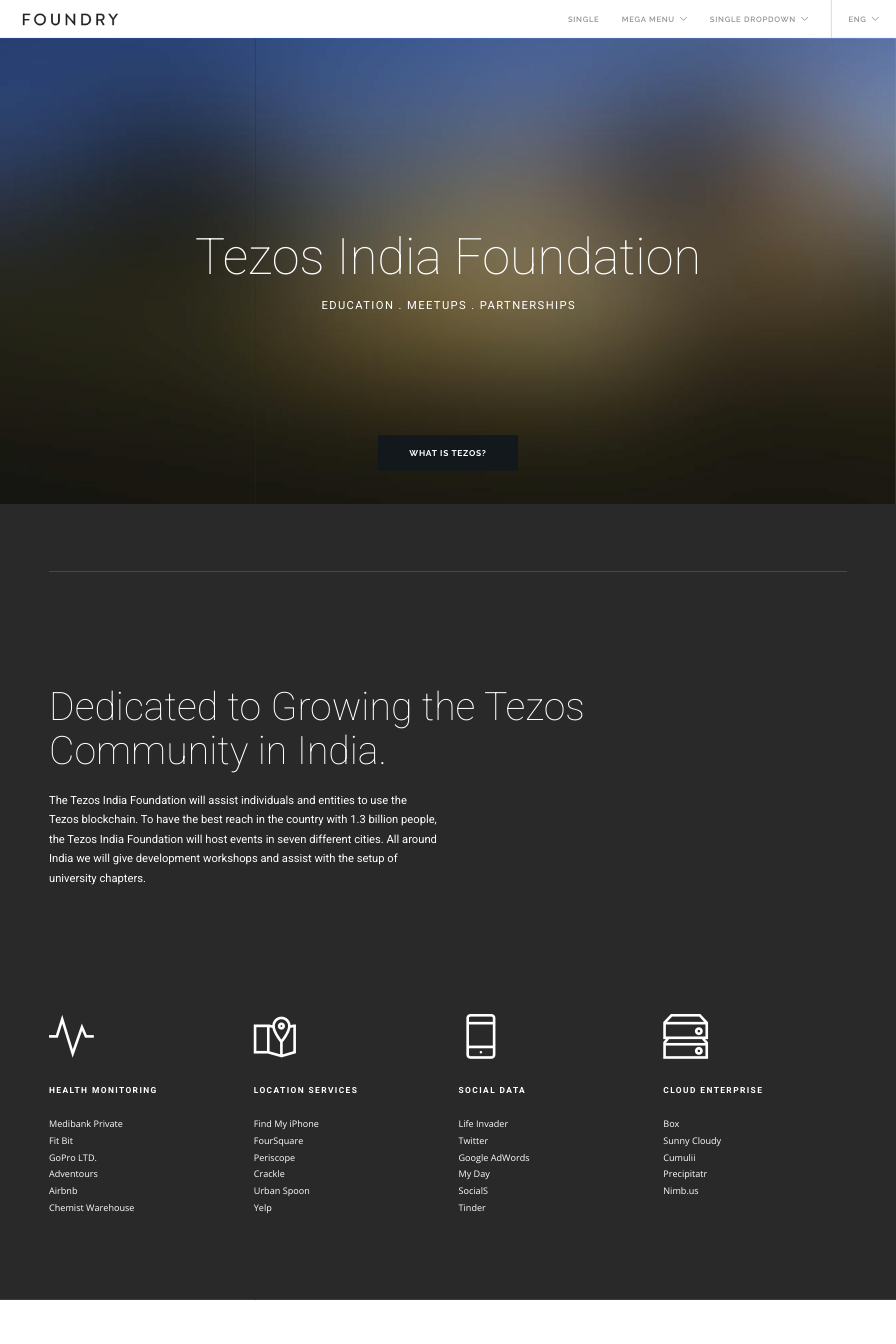
Repository: Tezos-India-Foundation/TIF-Website
Page: Tezos India Website/page.html
The author's editor kept a copy of each file at every save. The page is drawn from the files as they stood at one save, then again after the next save.
The browser window is 1280 px wide. The pictures show the part of the page from y = 0 to 1920 px (the page is 4630 px tall), at 70% of full size.

Above is the page before, as saved 2019-08-06 15:01:45.

After the next save:
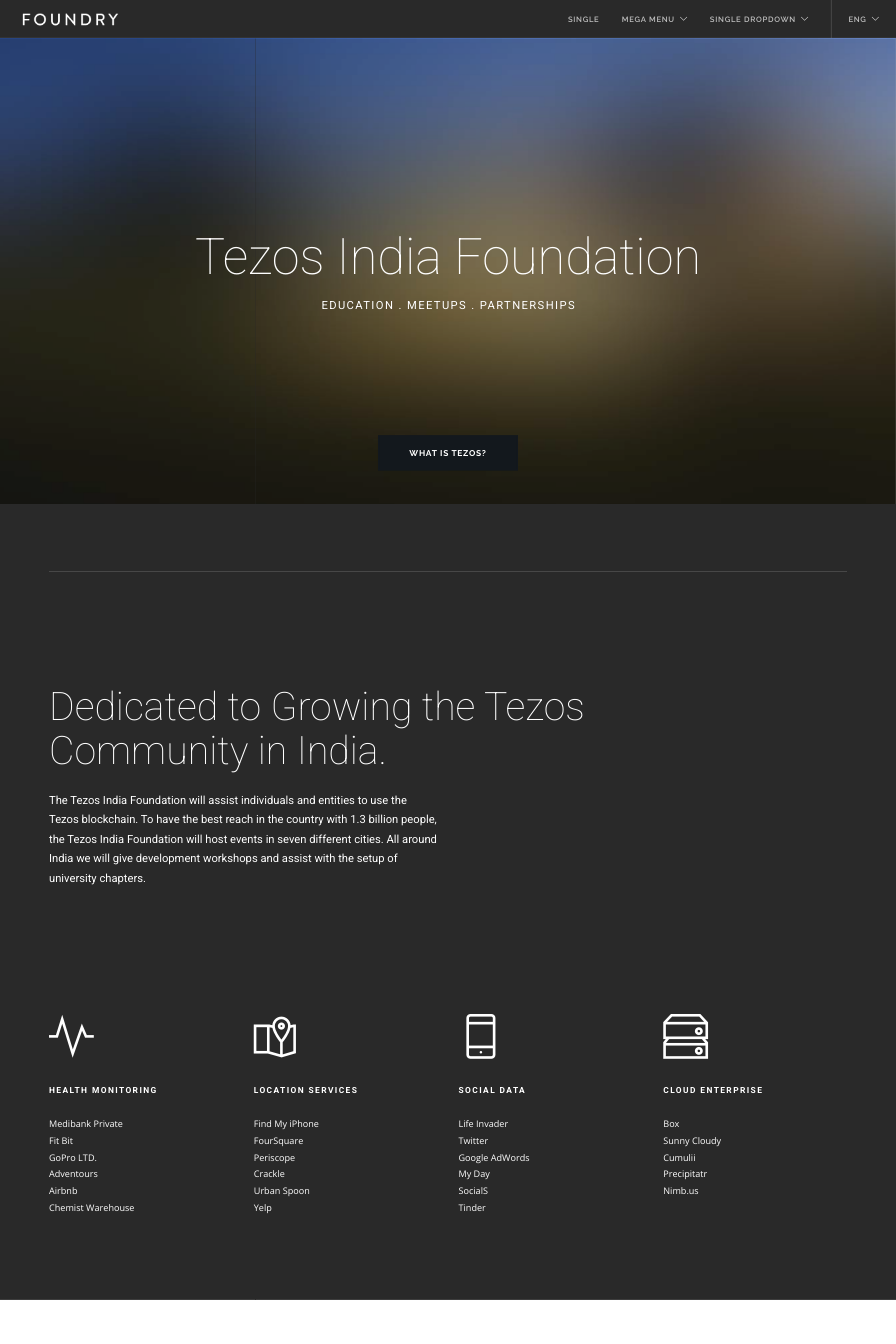
Saved 3 min 49 s later.
--- a/Tezos India Website/page.html
+++ b/Tezos India Website/page.html
@@ -22,7 +22,7 @@
 
 
 
-		    <nav>
+		    <nav class="bg-dark">
 		        <div class="nav-bar">
 		            <div class="module left">
 		                <a href="index.html">
